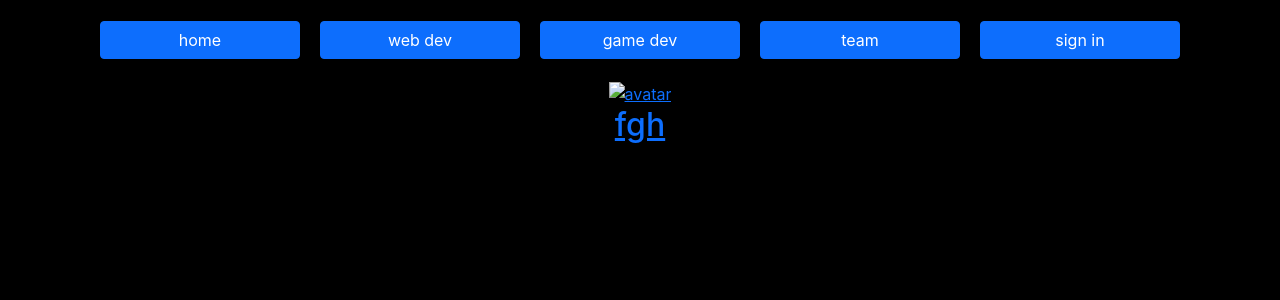
Repository: romAtam/5778
Page: /team
An editor plug-in stored every save of this project. The page is shown before and after the next save, followed by the edit.
The browser window is 1280 px wide. The pictures show the whole page.
The page's requests for data from a server got no answer. The project was rebuilt for these pictures with package versions that can differ from the ones it lists, and the page was loaded fresh each time. No one was signed in, and anything a server would have sent is missing. Also part of the build but not shown: src/Pages/Home.js, src/Pages/Game.js, src/Pages/Web.js, src/Pages/Signin.js, src/Pages/User.js, src/Pages/Register.js.

Above is the page before, as saved 2021-12-12 02:23:04.

After the next save:
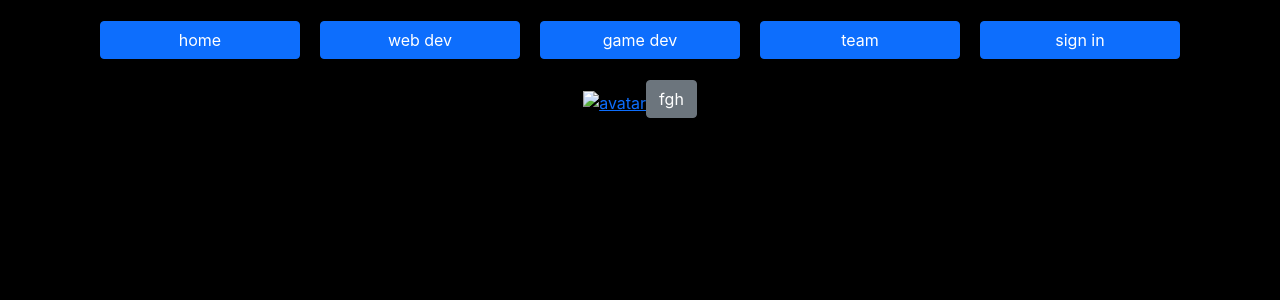
Saved 62 s later.
--- a/src/Pages/Team.js
+++ b/src/Pages/Team.js
@@ -46,7 +46,7 @@ fetchTeam()
                <Link to={`${user.login}`}>
                        <div key={user.login}>
                    <img width='200' src={user.avatar_url} alt="avatar" />
-                   <h2>{user.login}</h2>
+                   <h2 className="btn btn-secondary">{user.login}</h2>
                </div>
                </Link>
 
